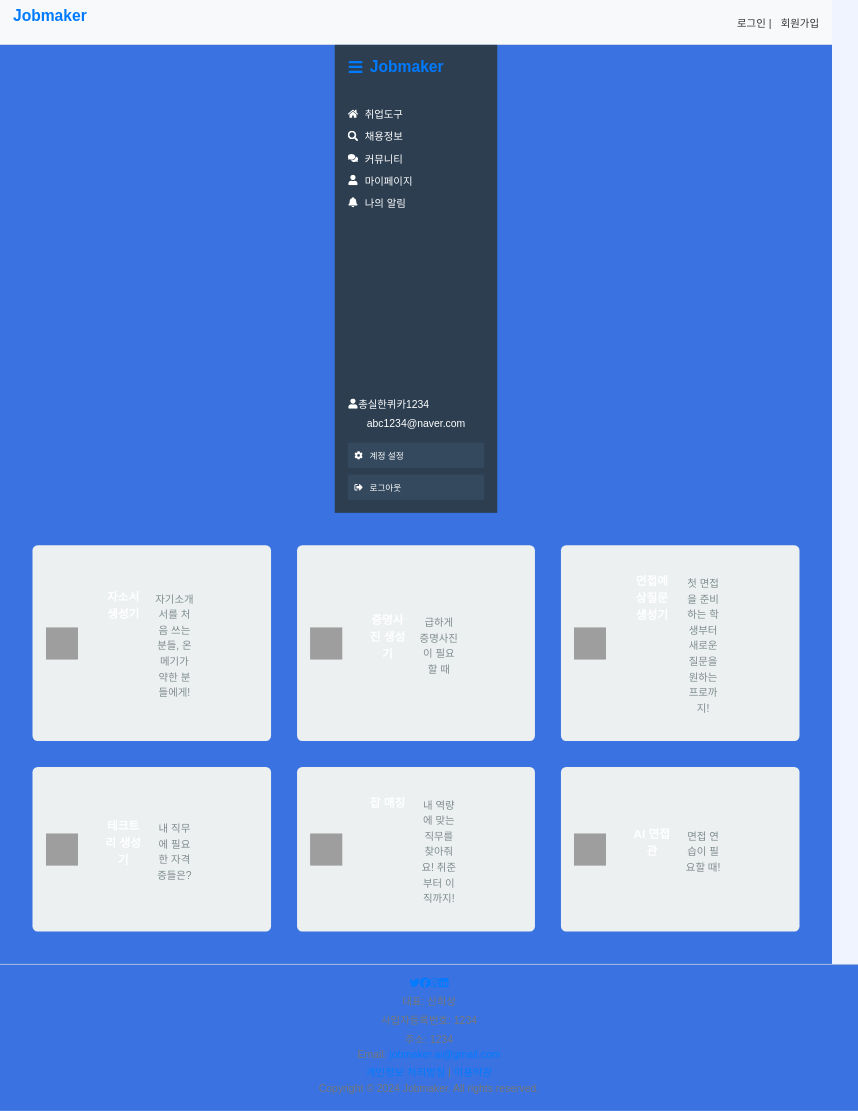
Repository: HSfac/jobmaker
Page: /main
An editor plug-in stored every save of this project. The page is shown before and after the next save, followed by the edit.
The browser window is 1280 px wide. The page is 1320 px wide, so the pictures cover 1320 px, including what lies to the right of the window. The pictures show the whole page, at 65% of full size.
Pictures or frames that could not be fetched are drawn as grey boxes. The project was rebuilt for these pictures with package versions that can differ from the ones it lists, and the page was loaded fresh each time. Also part of the build but not shown: src/pages/LandingPage.jsx, src/pages/InfosPage.jsx, src/pages/CommunityPage.jsx, src/pages/MyPage.jsx, src/components/AlertModal.css, src/components/AlertModal.jsx.

Above is the page before, as saved 2024-07-10 22:28:50.

After the next save:
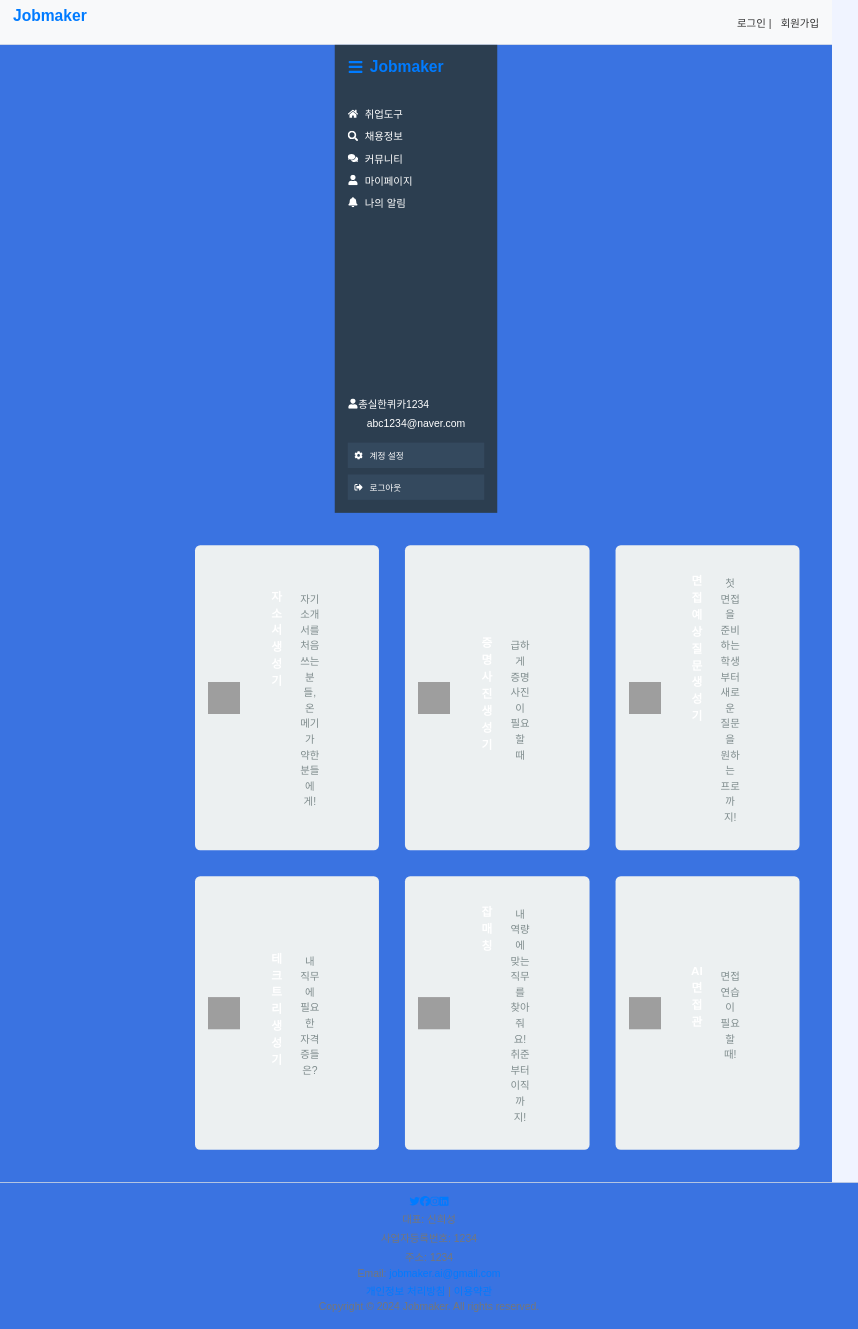
Saved 2 min 5 s later.
--- a/src/App.css
+++ b/src/App.css
@@ -14,4 +14,10 @@
 .page-content {
   flex: 1;
   padding: 20px;
+  margin-left: 250px; /* 사이드바의 넓이만큼 왼쪽 여백을 설정 */
+  transition: margin-left 0.3s;
 }
+
+.sidebar.closed + .page-content {
+  margin-left: 80px; /* 사이드바가 닫혔을 때 여백 설정 */
+}
